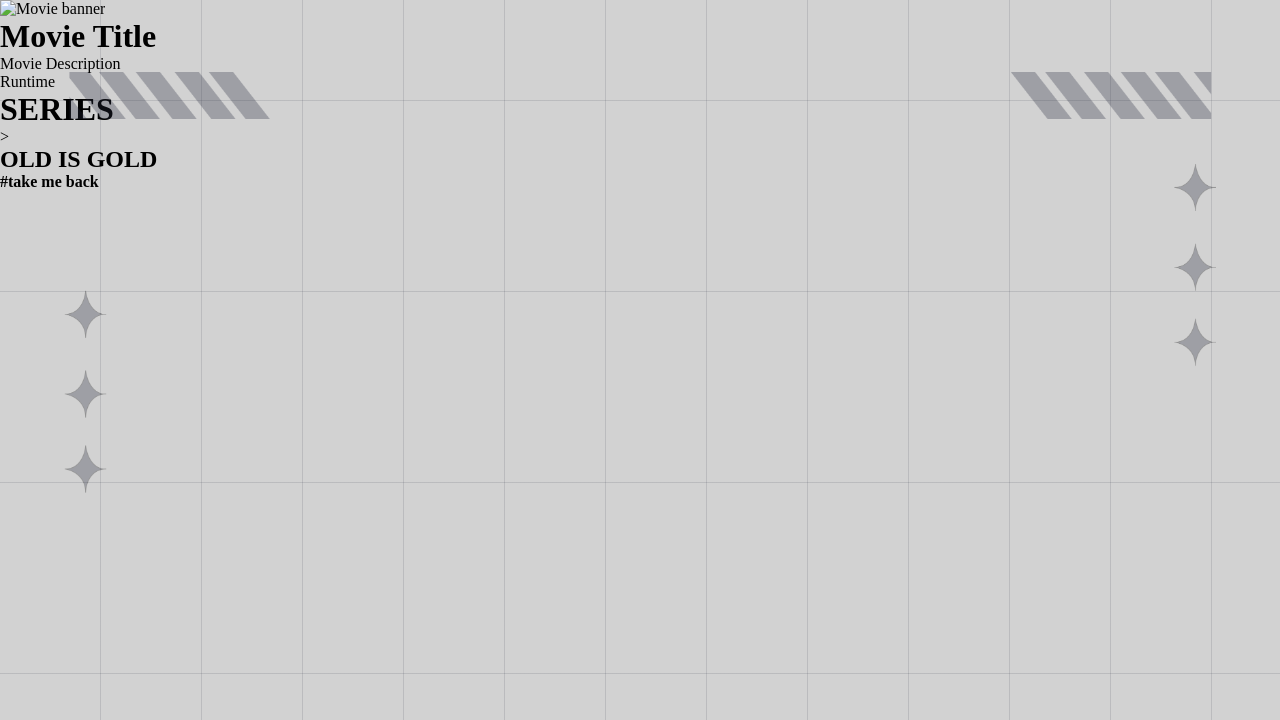
Repository: PEEZYBEE/phase-1-javascript-project-mode
Page: index.html
An editor plug-in stored every save of this project. The page is shown before and after the next save, followed by the edit.
The browser window is 1280 px wide. The pictures show the whole page.
Some web fonts or font styles are not loaded; a fallback is used.

Above is the page before, as saved 2025-03-25 19:24:42.

### index.html
<!DOCTYPE html>
 <html lang="en">
 <head>
     <meta charset="UTF-8">
     <meta name="viewport" content="width=device-width, initial-scale=1.0">
     <title>Document</title>
     <style>

         *{
             margin: 0;
             padding: 0;
             box-sizing: border-box;
         }
         body{
             background-color: #D2D2D2;
             background-image:
             repeating-linear-gradient(
                 to right, transparent 0 100px,
                 #25283b22 100px 101px
             ),
             repeating-linear-gradient(
                 to bottom, transparent 0 100px,
                 #25283b22 100px 101px
             );
         }

         body::before{
             position: absolute;
             width: min(1400px, 90vw);
             top: 10%;
             left: 50%;
             height: 90%;
             transform: translateX(-50%);
             content: '';
             background-image: url(images/bg.png);
             background-size: 100%;
             background-repeat: no-repeat;
             background-position: top center;
             pointer-events: none;
         }
     </style>
     <link rel="stylesheet" href="style.css">
 </head>
 <body>

     <div class="container">
        <div id="movie details">
            <img id="banner" src="" alt="Movie banner">
            <h1 id="title">Movie Title</h1>
            <p id="description">Movie Description</p>
            <p id="runtime">Runtime</p>


        </div>
         <!--<div class="slider" style="--quantity: 10">
             <div class="item" style="--position: 1"><img src="images/dragon.png" alt=""></div>
             <div class="item" style="--position: 3"><img src="images/kingdom.png" alt=""></div>
             <div class="item" style="--position: 4"><img src="images/sails.png" alt=""></div>
             <div class="item" style="--position: 5"><img src="images/thrones.png" alt=""></div>
             <div class="item" style="--position: 6"><img src="images/thrones2.png" alt=""></div>
             <div class="item" style="--position: 7"><img src="images/wall.png" alt=""></div>
             <div class="item" style="--position: 8"><img src="images/bone.png" alt=""></div>
             <div class="item" style="--position: 9"><img src="images/del.png" alt=""></div>
             <div class="item" style="--position: 10"><img src="images/witcher.png" alt=""></div>
             <div class="item" style="--position: 2"><img src="images/fall.png" alt=""></div>
       </div>-->
         <div class="content">
             <h1 data-content="SERIES">SERIES</h1>>

             <div class="author">
                 <h2>OLD IS GOLD</h2>
                 <p><b> #take me back</b></p>

             </div>
             <div class="model"></div>
         </div>
     </div>

 </body>
 </html>

### style.css
@import url('https://fonts.cdnfonts.com/css/ica-rubrik-black');
 @import url('https://fonts.cdnfonts.com/css/poppins');

 .banner{
     width: 100%;
     height: 100vh;
     text-align: center;
     overflow: hidden;
     position: relative;
 }
 .banner .slider{
     position: absolute;
     width: 200px;
     height: 250px;
     top: 10%;
     left: calc(50% - 100px);
     transform-style: preserve-3d;
     transform: perspective(1000px);
     animation: autoRun 20s linear infinite;
     z-index: 2;
 }
 @keyframes autoRun{
     from{
         transform: perspective(1000px) rotateX(-16deg) rotateY(0deg);
     }to{
         transform: perspective(1000px) rotateX(-16deg) rotateY(360deg);
     }
 }

 .banner .slider .item{
     position: absolute;
     inset: 0 0 0 0;
     transform:
         rotateY(calc( (var(--position) - 1) * (360 / var(--quantity)) * 1deg))
         translateZ(550px);
 }
 .banner .slider .item img{
     width: 100%;
     height: 100%;
     object-fit: cover;
 }
 .banner .content{
     position: absolute;
     bottom: 0;
     left: 50%;
     transform: translateX(-50%);
     width: min(1400px, 100vw);
     height: max-content;
     padding-bottom: 100px;
     display: flex;
     flex-wrap: wrap;
     justify-content: space-between;
     align-items: center;
     z-index: 1;
 }
 .banner .content h1{
     font-family: 'ICA Rubrik';
     font-size: 16em;
     line-height: 1em;
     color: #25283B;
     position: relative;
 }
 .banner .content h1::after{
     position: absolute;
     inset: 0 0 0 0;
     content: attr(data-content);
     z-index: 2;
     -webkit-text-stroke: 2px #d2d2d2;
     color: transparent;
 }
 .banner .content .author{
     font-family: Poppins;
     text-align: right;
     max-width: 200px;
 }
 .banner .content h2{
     font-size: 3em;
 }
 .banner .content .model{
     background-image: url(images/model.png);
     width: 100%;
     height: 75vh;
     position: absolute;
     bottom: 0;
     left: 0;
     background-size: auto 130%;
     background-repeat: no-repeat;
     background-position: top center;
     z-index: 1;
 }

After the next save:
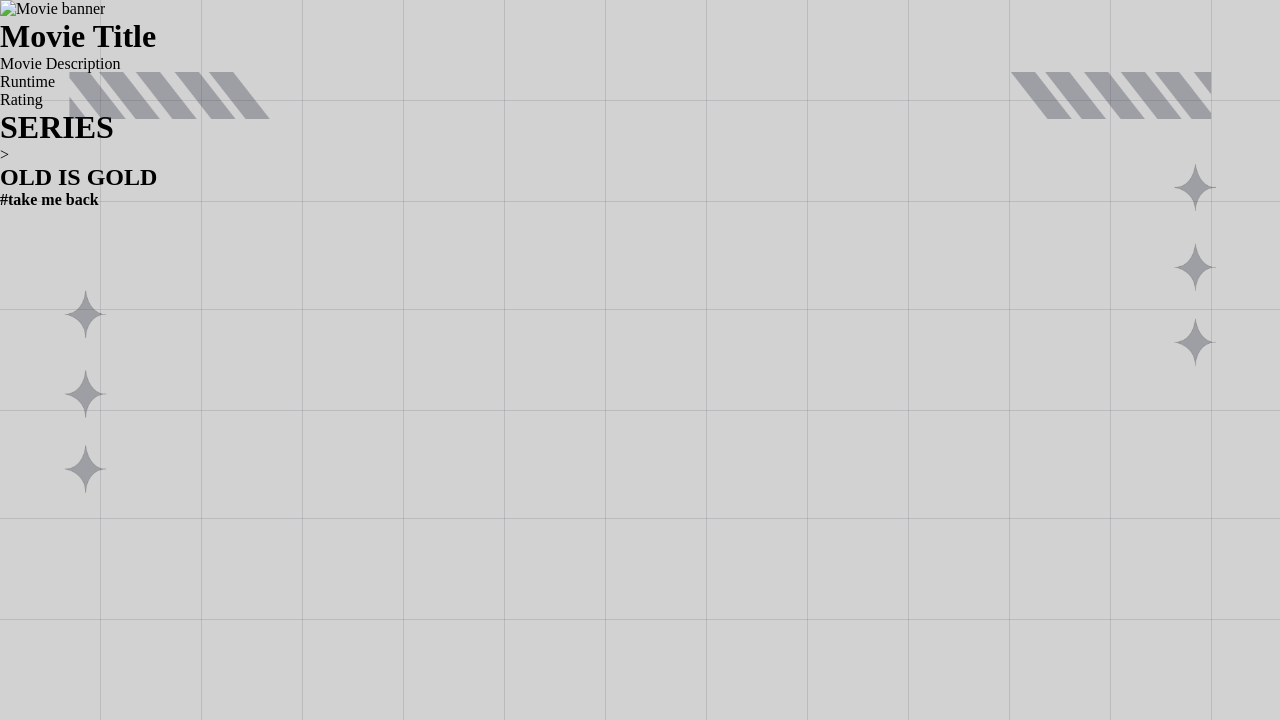
Saved 5 s later.
--- a/index.html
+++ b/index.html
@@ -49,7 +49,7 @@
             <h1 id="title">Movie Title</h1>
             <p id="description">Movie Description</p>
             <p id="runtime">Runtime</p>
-
+            <p id="rating">Rating</p>
 
         </div>
          <!--<div class="slider" style="--quantity: 10">
